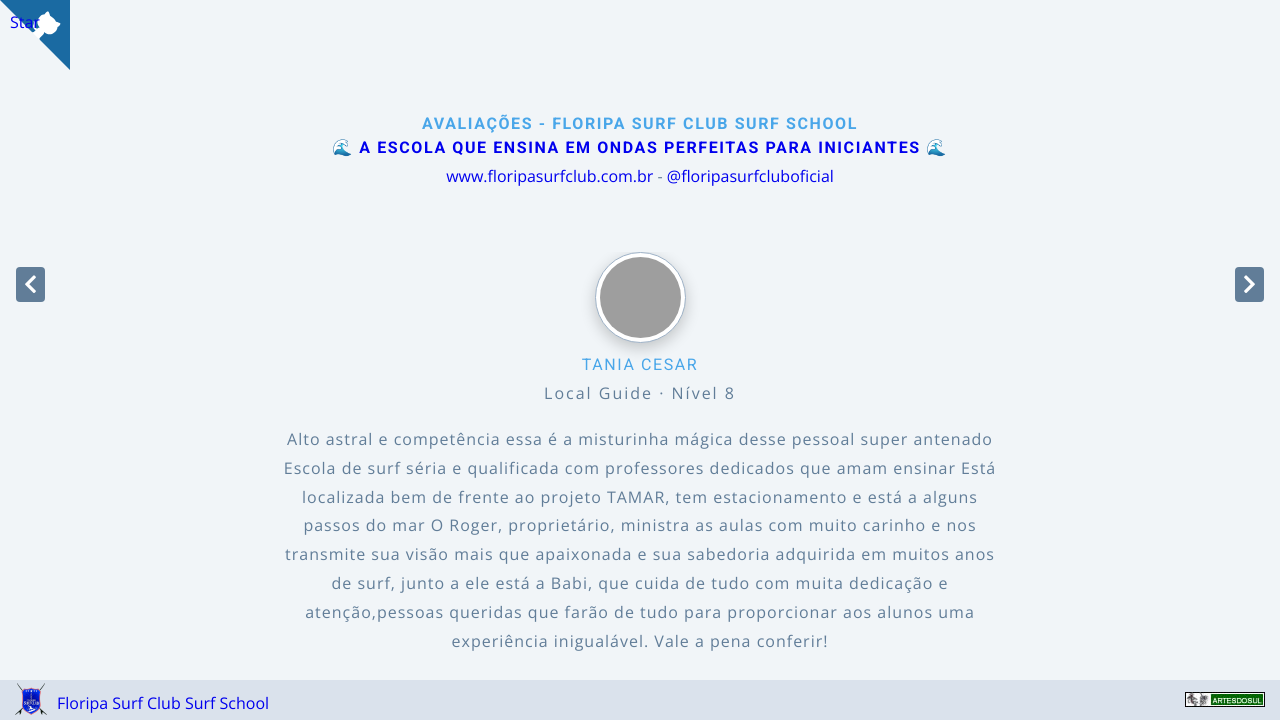
Repository: araguaci/floripasurfclub-reviews
Page: index.html
These files come from the project's save history. The page is drawn as it stood at one moment and after the next save; the edit follows.
The browser window is 1280 px wide. The pictures show the whole page.
Pictures or frames that could not be fetched are drawn as grey boxes. Some web libraries are served in a nearby version.

Above is the page before, as saved 2024-07-20 13:04:38.

After the next save:
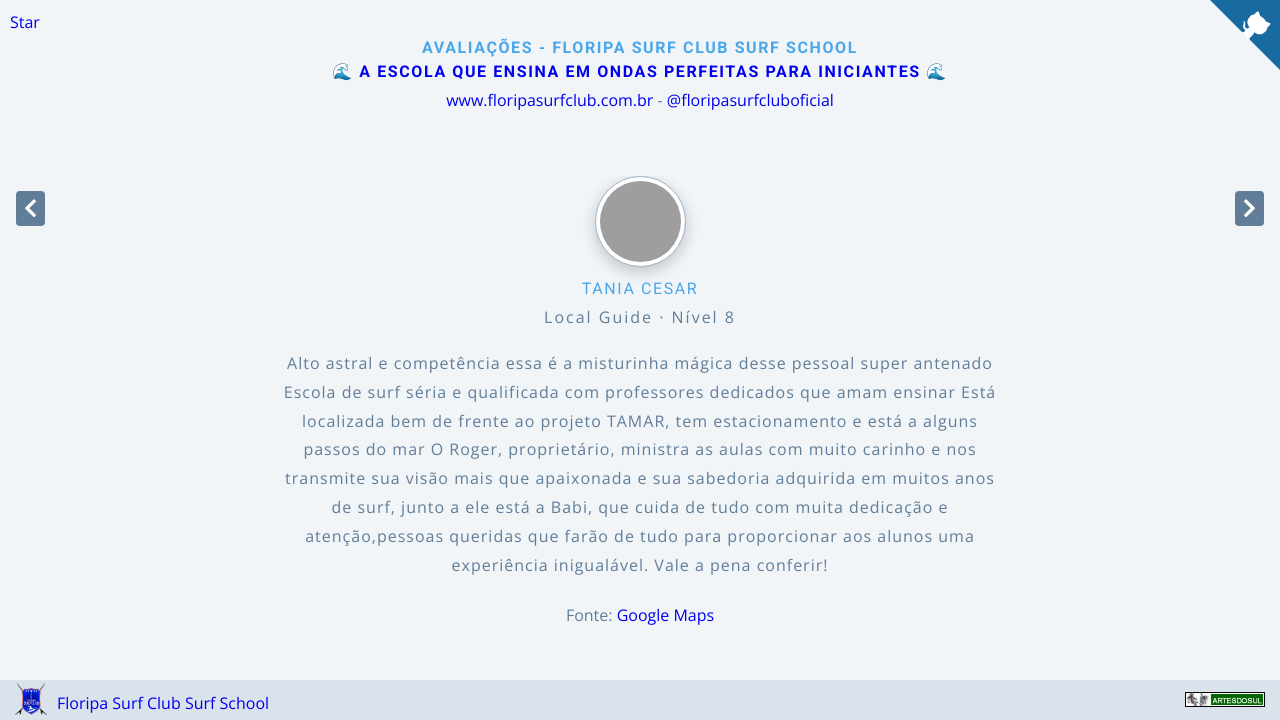
Saved 79 s later.
--- a/styles.css
+++ b/styles.css
@@ -290,14 +290,24 @@
   top: 10px;
   left: 10px;
 }
-
+.github-corner {
+  border-bottom: 0;
+  position: fixed;
+  right: 0;
+  text-decoration: none;
+  top: 0;
+  z-index: 1
+}
+.github-corner:hover .octo-arm {
+  -webkit-animation: octocat-wave .56s ease-in-out;
+  animation: octocat-wave .56s ease-in-out
+}
 .github-corner svg {
   color: #fff;
   fill: var(--accent);
   height: 70px;
   width: 70px;
 }
-
 .github-corner svg {
   color: #fff;
   fill: hsl(205, 72%, 37%);
